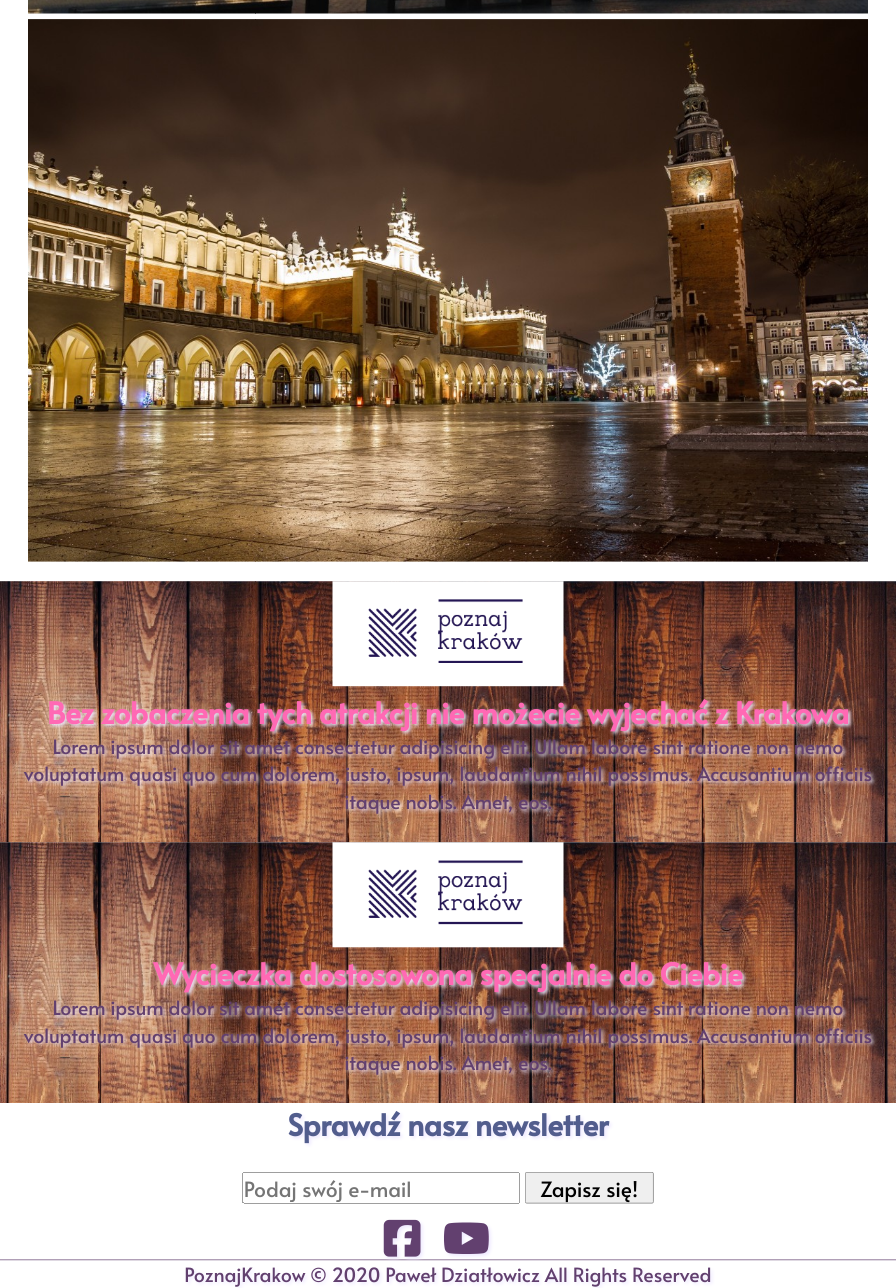
Repository: DZIALEK/projekt1
Page: projekt1.html
An editor plug-in stored every save of this project. The page is shown before and after the next save, followed by the edit.
The browser window is 1280 px wide. The pictures show the part of the page from y = 2955 to 4875 px (the page is 4795 px tall before and 4875 px after), at 70% of full size.
Some icons come from a web library that is not loaded, so they are not drawn. A picture or video elsewhere on the page could not be fetched, so the positions and the page height are approximate. Some web libraries are served in a nearby version.

Above is the page before, as saved 2020-07-15 01:05:11.

### projekt1.html
<!DOCTYPE html>
<html lang="pl=pl">
<head>
    <meta charset="UTF-8">
    <meta name="viewport" content="width=device-width, initial-scale=1.0">
    <title>Poznaj Kraków</title>
    <link rel="stylesheet" href="projekt1.css">
    <script src="https://kit.fontawesome.com/47e99c0280.js" crossorigin="anonymous"></script>
 </head>
<body>
    <header>
        <video autoplay muted loop id="video_header">
            <source src="dodatki/cracow_movie_lc.mp4">
        </video>
        <div class="logo">
            <a href="#">
                <img src="dodatki/logo_L.png" alt="Tutaj jest logo Poznaj Kraków">
            </a>
        </div>
        <div class="top">
            <h1>Poznaj Kraków</h1>
            <p>Od 1989r. skutecznie zarażamy miłością do Krakowa</p>
            <a href="#">SPRAWDŹ NAS!</a>
        </div>
        <nav>
            <ul>
                <li><a href="#">START</a></li>
                <li><a href="#">CO ZWIEDZAĆ</a></li>
                <li><a href="#">WYCIECZKI</a></li>
                <li><a href="#">CENNIK</a></li>
                <li><a href="#">O NAS</a></li>
            </ul>
        </nav>
    </header>
    <main>
        <section class="section-welcome">
            <h1 class="section-header">
               Witaj na naszej stronie !
            </h1>
            <img src="dodatki/foto3.jpg" alt="Tutaj jest zdjęcie Krakowa1">
            <img src="dodatki/foto2.jpg" alt="Tutaj jest zdjęcie Krakowa2">
        </section>
        <section class="section-welcome2">
            <img src="dodatki/foto1.jpg" alt="Tutaj jest zdjęcie Krakowa3">
            <img src="dodatki/foto4.jpg" alt="Tutaj jest zdjęcie Krakowa4">
        </section>
        <section class="section-best">
            <div class="section-best-img"></div>
            <img src="dodatki/logo_L.png" alt="">
            <h2>Bez zobaczenia tych atrakcji nie możecie wyjechać z Krakowa</h2>
            <p>Lorem ipsum dolor sit amet consectetur adipisicing elit. Ullam labore sint ratione non nemo voluptatum quasi quo cum dolorem, iusto, ipsum, laudantium nihil possimus. Accusantium officiis itaque nobis. Amet, eos.</p>
            </div>
        </section>
        <section class="section-best2">
            <div class="section-best2-img">
            <img src="dodatki/logo_L.png" alt="">
            <h2>Wycieczka dostosowona specjalnie do Ciebie</h2>
            <p>Lorem ipsum dolor sit amet consectetur adipisicing elit. Ullam labore sint ratione non nemo voluptatum quasi quo cum dolorem, iusto, ipsum, laudantium nihil possimus. Accusantium officiis itaque nobis. Amet, eos.</p>
            </div>
        </section>
    <!-- zrobić wyczieczkę typu: Krakowianie ich znienawidzili wycieczka 5dni w okół Krakowa -->
    <section class="section-newsletter">
    <div class="newsteletter-wrapper">
        <h2>Sprawdź nasz newsletter</h2>
        <form action="" method="">
            <input type="email" placeholder="Podaj swój e-mail">
            <button type="submit">Zapisz się!</button>
        </form>
    </div>
    <div class="social-media">
        <a href="#"><i class="fab fa-facebook-square"></i></a>
        <a href="#"><i class="fab fa-youtube"></i></a>
        <a href="#"><i class="fab fa-tripadvisor"></i></a>
    </div>
    </section>

    </main>

    <footer>
        PoznajKrakow &copy; 2020 Paweł Dziatłowicz All Rights Reserved
    </footer>
</body>
</html>

### projekt1.css
@import url('http://fonts.googleapis.com/css?family=Alata&subset=latin,latin-ext');

* {
    margin: 0;
    padding: 0;
    box-sizing: border-box;
}

html{
    scroll-behavior: smooth;
  }

body {
    background-color: #FFFFFF;
    color: #62406F; text-shadow: #EEE8FF 0.1em 0.1em 0.2em;
    /* CDCCCC */
    font-family: 'Alata', sans-serif;
    font-size: 28px;
    width: 100%;
}

a {
    text-decoration: none;
}

section {
    text-align: center;
}

footer {
    text-align: center;
}

img {
    max-width: 100%;
}

div {
    width: 100%;
    height: 100%;
}

#video_header {
    min-width: 100%;
    min-height: 100%;
    position: relative;
    bottom: 0;
    right: 0;
}

.logo {
    position: fixed;
    top: 10px;
    left: 85%;
    width: 100%;
}

.logo img {
    width: 120px;
}

.top h1 {
    position: absolute;
    left: 50%;
    top: 30%;
    transform: translate(-50%, -50%);
    font-size: 100px;
}

.top h1~p {
    position: absolute;
    left: 50%;
    top: 45%;
    margin-top: 20px;
    transform: translate(-50%, -50%);
    font-size: 30px;
}

.top h1~a {
    position: absolute;
    left: 50%;
    top: 55%;
    transform: translate(-50%, -50%);
    text-align: center;
    border: 2px solid #d6caf8;
    padding: 10px 15px;
    font-size: 40px;
}

nav {
    box-shadow: 1px 1px 1px 1px #352564;
}

nav ul {
    list-style-type: none;
    width: 100%;
}

nav li {
    position: relative;
    text-align: center;
}

nav a {
    transition: 0.5s;
}

nav a:hover {
    color: #c386cf;
    text-shadow: 0 0 0.1em #271B2B, 0 0 0.1em #271B2B, 0 0 0.1em #271B2B;
    /* text-shadow: #271B2B 0.1em 0.1em 0.1em; */
    /* #EEE8FF  */
}

.section-welcome {
    position: relative;
    top: 50px;
    margin-bottom: 50px;
}

.section-welcome h1 {
    margin-bottom: 60px;
    font-size: 40px;
    color: greenyellow;
     font-weight: 100;
}

.section-welcome2 {
    position: relative;
    margin: 20px auto;
}

.section-best {
    position: relative;
    margin: 0px auto;
    background-image: url(/dodatki/bg1.jpg);
    background-size: cover;
}

.section-best-img {
    width: 100%;
}


.section-best h2 {
    color: hotpink;
}

.section-best p {
    padding-bottom: 40px;
}

.section-best2 {
    position: relative;
    margin: 0px auto;
    background-image: url(/dodatki/bg1.jpg);
    background-size: cover;
}

.section-best2-img {
    width: 100%;
}


.section-best2 h2 {
    color: hotpink;
}

.section-best2 p {
    padding-bottom: 40px;
}

.social-media i {
    color: #62406F;
    text-align: center;
    margin-top: 20px;
    font-size: 60px;
    transition: 2s;
    letter-spacing: 25px;
}

.social-media i:hover {
    /* color: #ff792b; */
    opacity: 0.8;
    text-shadow: #b0b5fc 0.2em 0.2em 0.2em;
    transform: scale(1.1,1.1);
    transition-duration: 250ms;
    transition-timing-function: ease-out;
}

.section-newsletter h2 {
    color: rgb(82, 93, 141);
}

input {
    font-size: 30px;
    font-family: 'Alata', sans-serif;
    margin-top: 40px;
}

button {
    font-size: 30px;
    font-family: 'Alata', sans-serif;
    padding: 0 20px;
}

footer {
    border-top: 1px solid;

}

After the next save:
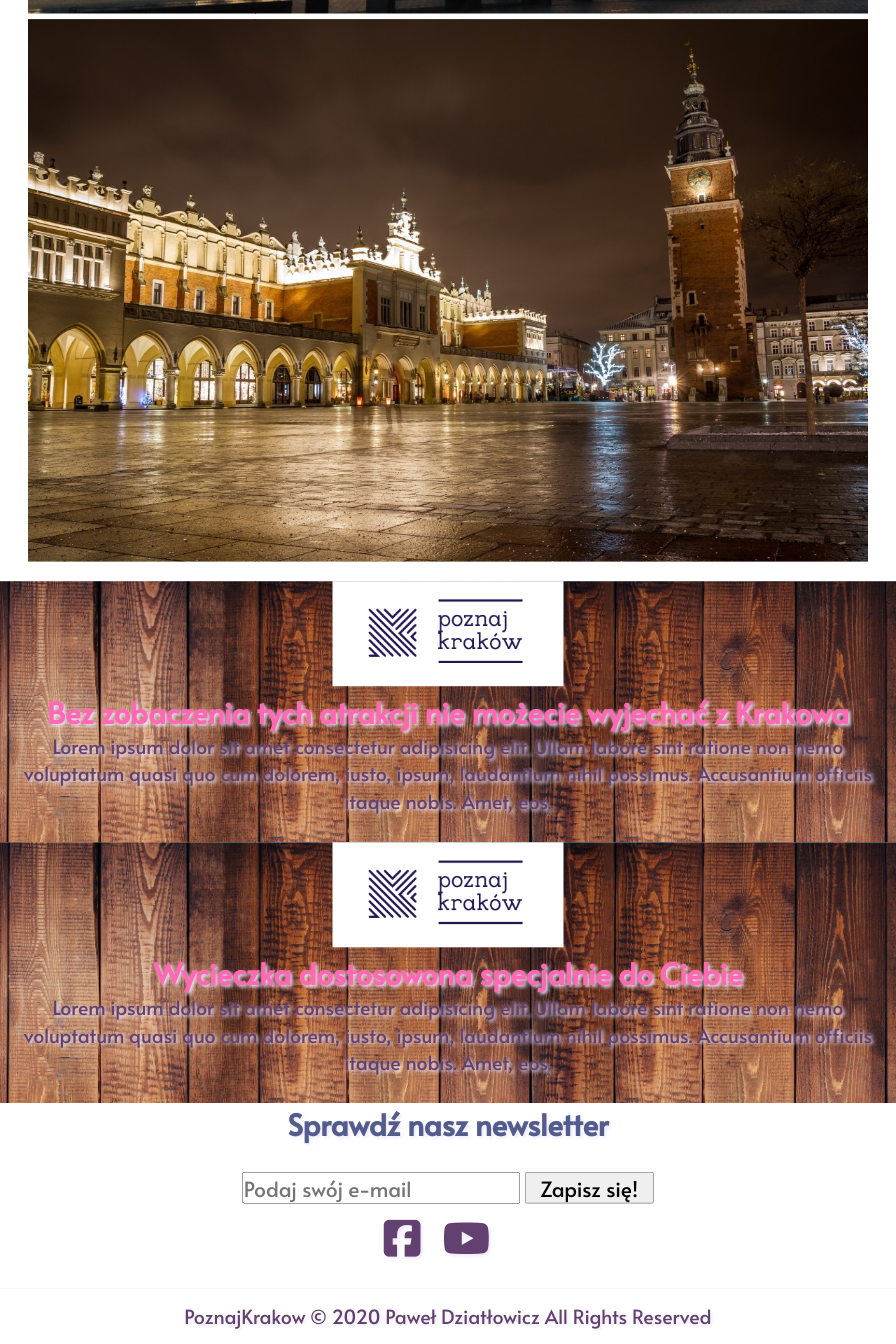
Saved 47 s later.
--- a/projekt1.css
+++ b/projekt1.css
@@ -205,6 +205,9 @@ button {
 }
 
 footer {
-    border-top: 1px solid;
-
-}
+    border-top: 1px solid #d6caf8;
+    top: 40px;
+    width: 100%;
+    padding: 20px;
+    position: relative;
+}
